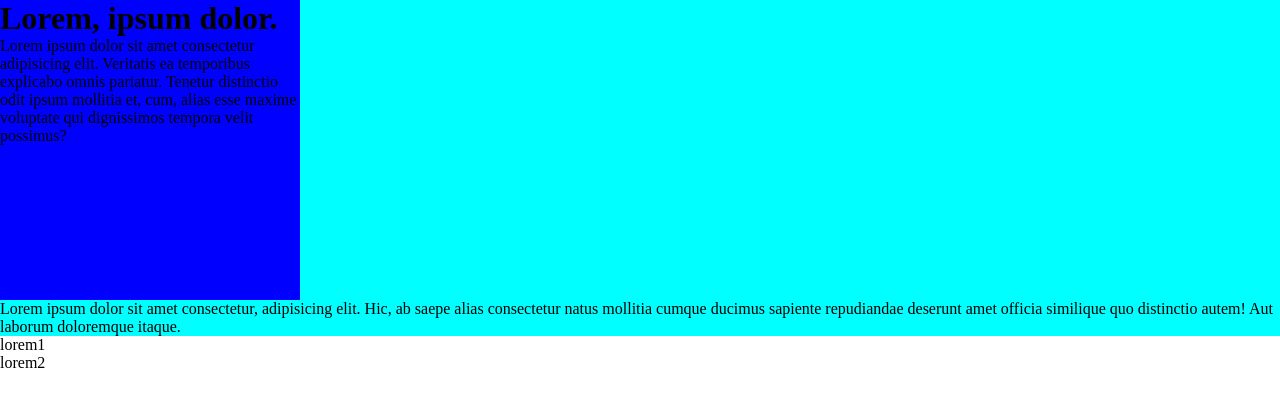
Repository: AytacSafarova/Scss-sample
Page: pages/homePage/index.html
These files come from the project's save history. The page is drawn as it stood at one moment and after a run of saves; the edit follows.
The browser window is 1280 px wide. The pictures show the whole page.
The style sheet was rebuilt from its Sass, Less or Tailwind sources for each picture, by a compiler version that may differ from the author's.

Above is the page before, as saved 2023-11-09 14:17:57.

### pages/homePage/index.html
<!DOCTYPE html>
<html lang="en">
  <head>
    <meta charset="UTF-8" />
    <meta name="viewport" content="width=device-width, initial-scale=1.0" />
    <title>Document</title>
    <link rel="stylesheet" href="../../assets/css/reset.css" />
    <link rel="stylesheet" href="./index.css">
  </head>
  <body>
    <div class="container">
      <div class="child">
        <h1>Lorem, ipsum dolor.</h1>
        <p>
          Lorem ipsum dolor sit amet consectetur adipisicing elit. Veritatis ea
          temporibus explicabo omnis pariatur. Tenetur distinctio odit ipsum
          mollitia et, cum, alias esse maxime voluptate qui dignissimos tempora
          velit possimus?
        </p>
      </div>
      <div class="child-1">
        <p>
          Lorem ipsum dolor sit amet consectetur, adipisicing elit. Hic, ab
          saepe alias consectetur natus mollitia cumque ducimus sapiente
          repudiandae deserunt amet officia similique quo distinctio autem! Aut
          laborum doloremque itaque.
        </p>
      </div>
    </div>
    <div class="container-1">
      <p>lorem1</p>
      <p>lorem2</p>
    </div>
  </body>
</html>

### assets/css/reset.css
*{
    margin: 0;
    padding: 0;
    box-sizing: border-box;
}
button{
    border: none;
}
li{
    list-style-type:none ;
}
a{
    text-decoration: none;
}

### pages/homePage/index.scss
.container{
    background-color: aqua;
    .child{
width: 300px;
height: 300px;
background-color: blue;
    }
}

After the next 2 saves:
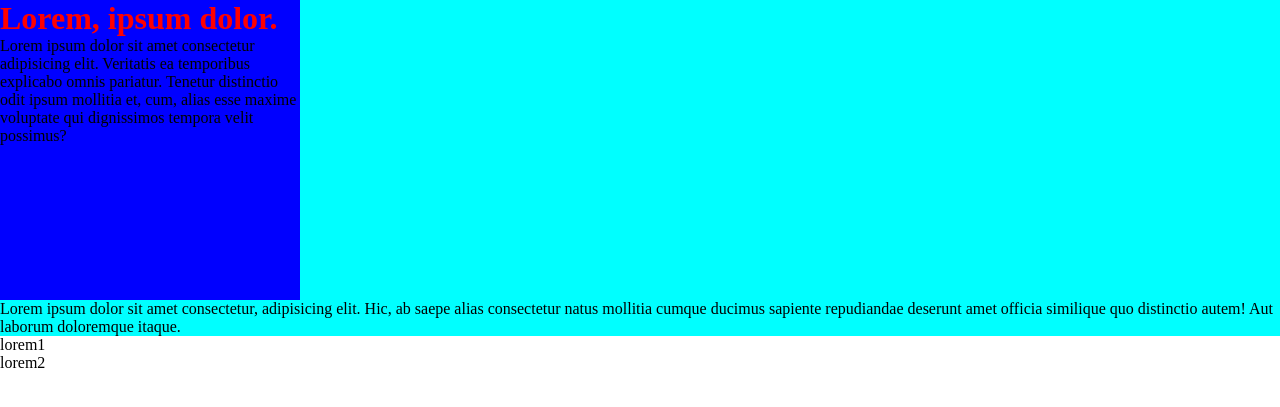
The 2 saves are shown as one change because they came seconds apart.
The last was saved 41 s later.
--- a/pages/homePage/index.scss
+++ b/pages/homePage/index.scss
@@ -4,5 +4,8 @@
 width: 300px;
 height: 300px;
 background-color: blue;
+h1{
+    color: red;
+}
     }
 }
